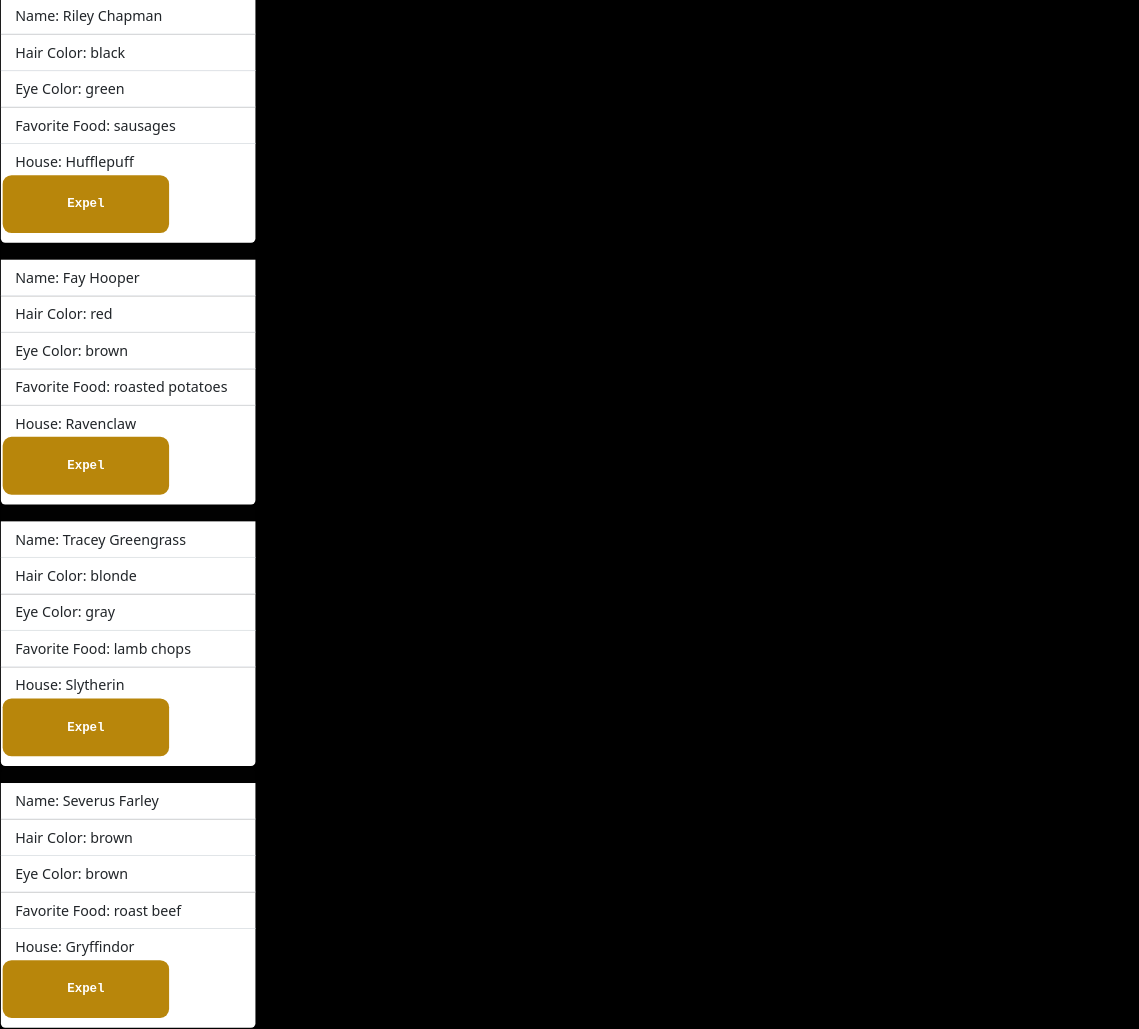
Repository: jontslater/INDIVIDUAL-PROJECT-sorting-hat
Page: index.html
These files come from the project's save history. The page is drawn as it stood at one moment and after the next save; the edit follows.
The browser window is 1280 px wide. The pictures show the part of the page from y = 538 to 1694 px (the page is 1694 px tall), at 89% of full size.
A picture or video elsewhere on the page could not be fetched, so the positions and the page height are approximate.

Above is the page before, as saved 2023-10-31 19:05:09.

After the next save:
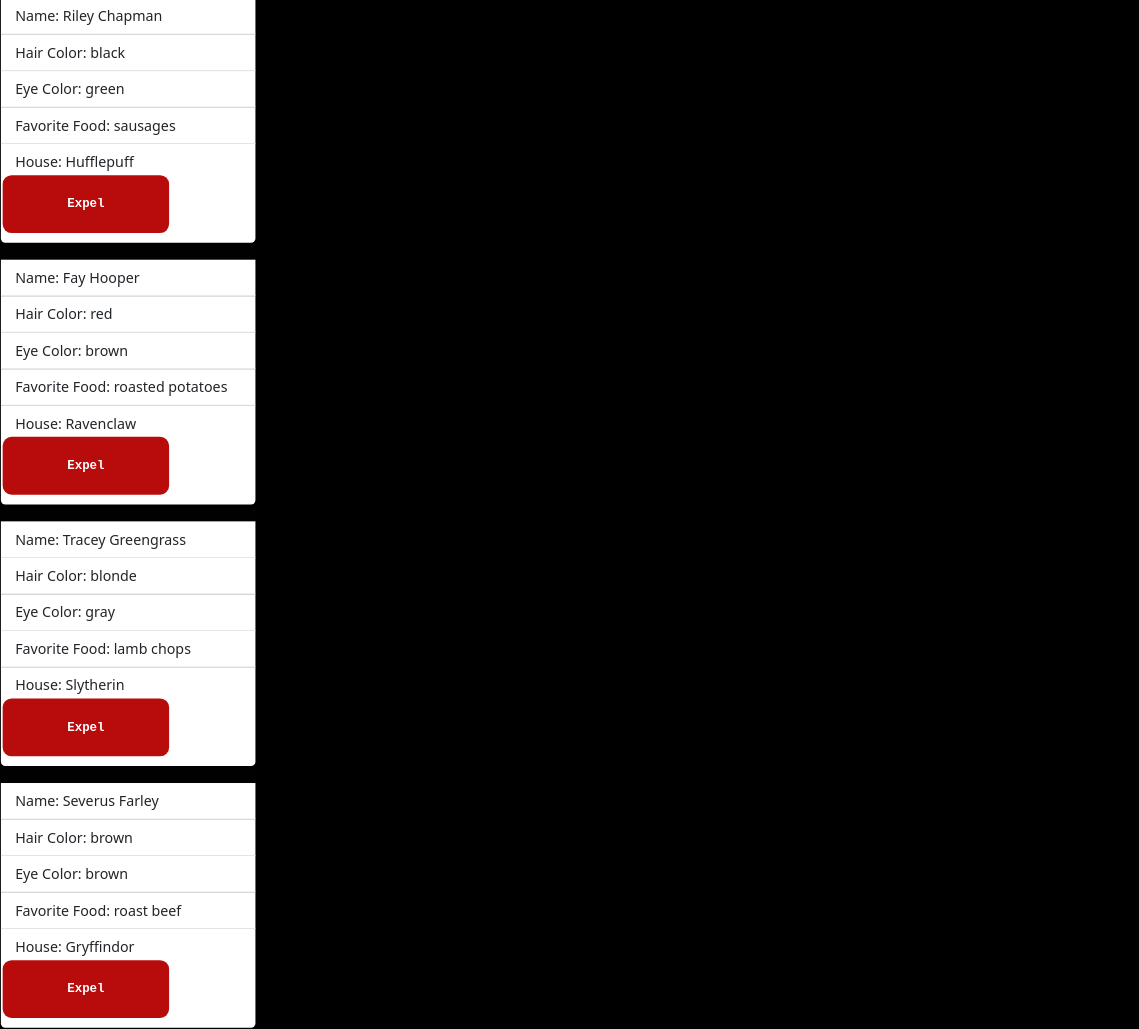
Saved 67 s later.
--- a/main.css
+++ b/main.css
@@ -40,7 +40,7 @@
   color: white;
   font-size:14px;
   font-weight:700;
-  background-color:darkgoldenrod;
+  background-color:rgb(184, 11, 11);
   position: relative;
   font-family: monospace;
 }
